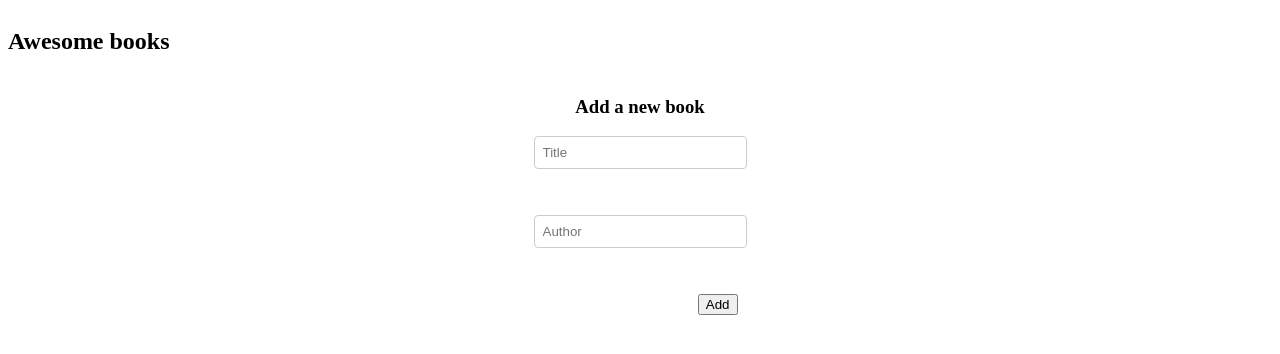
Repository: Salimer/Awesome-books
Page: index.html
An editor plug-in stored every save of this project. The page is shown before and after the next save, followed by the edit.
The browser window is 1280 px wide. The pictures show the whole page.
The style sheet was rebuilt from its Sass, Less or Tailwind sources for each picture, by a compiler version that may differ from the author's.

Above is the page before, as saved 2023-04-25 11:49:27.

After the next save:
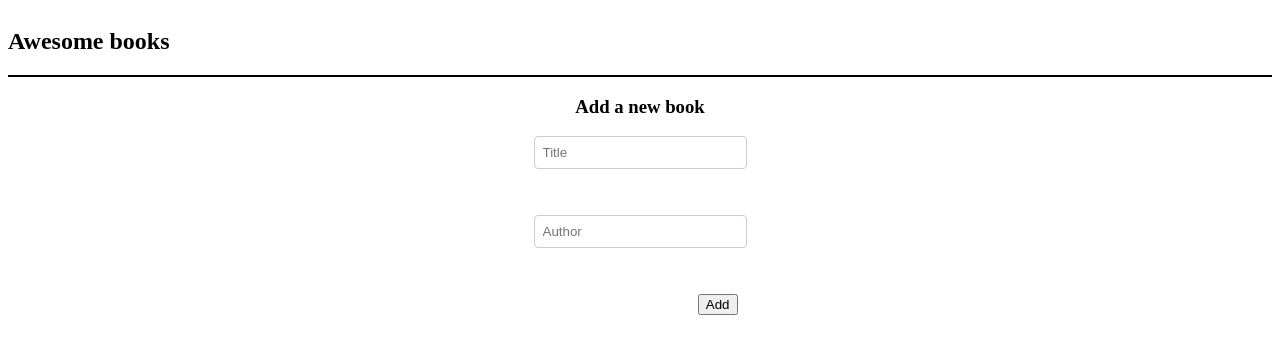
Saved 5 s later.
--- a/style.scss
+++ b/style.scss
@@ -3,7 +3,7 @@
   flex-direction: column;
 
   article {
-    border: 1px solid #fff
+    border: 1px solid black;
   }
 
   div {
